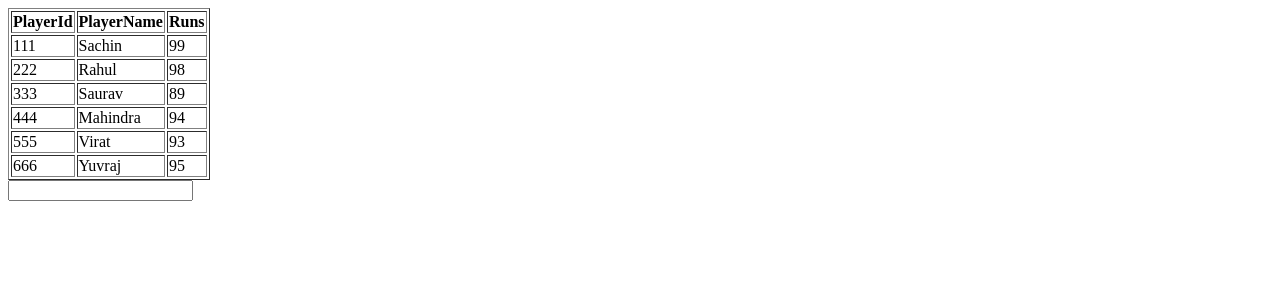
Repository: Gramastha/backup
Page: javascript/JavaScript-Assignment/Q9.html
These files come from the project's save history. The page is drawn as it stood at one moment and after the next save; the edit follows.
The browser window is 1280 px wide. The pictures show the whole page.

Above is the page before, as saved 2017-01-06 09:22:38.

After the next save:
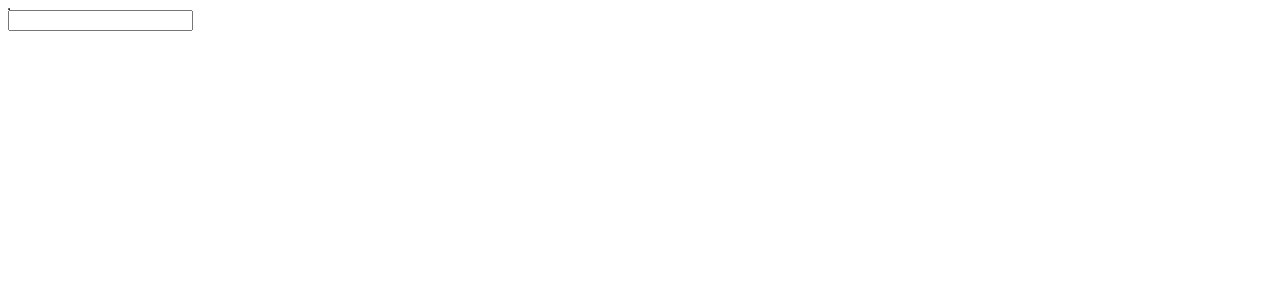
Console error: SyntaxError: Unexpected token '{'
Saved 27 s later.
--- a/javascript/JavaScript-Assignment/Q9.html
+++ b/javascript/JavaScript-Assignment/Q9.html
@@ -11,6 +11,24 @@
 		{		id: 555,		name: "Virat",		runs: 93		},
 		{		id: 666,		name: "Yuvraj",		runs: 95		}];
  // a.forEach(function(v,i,arr){ console.log("object-"+i) for(o in v){ console.log(o+" : "+v[o]) } });
+
+
+ fun(min){
+ 	var str= "";
+ 	a.forEach(function(v,i,arr){
+ 		str+= "<tr>";
+ 	if(v["runs"]>=min){
+ 	for(o in v){
+ 		str+="<td>"+v[o]+"</td>";
+ 	 	}
+ 	 	str+="</tr>"
+ 	 }
+ });
+ document.querySelector("#t1").innerHTML="<tr><th><b>PlayerId</b></th><th><b>PlayerName</b></th><th><b>Runs</b></th></tr>"
+ 											+str;
+ };
+
+
  window.onload= function(){
  	var str= "";
  	a.forEach(function(v,i,arr){

After the save that followed:
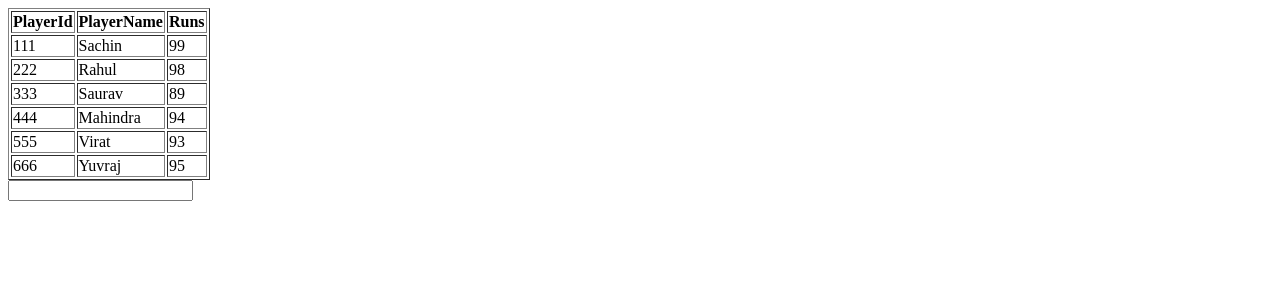
The error is gone.
Saved 37 s later.
--- a/javascript/JavaScript-Assignment/Q9.html
+++ b/javascript/JavaScript-Assignment/Q9.html
@@ -13,7 +13,7 @@
  // a.forEach(function(v,i,arr){ console.log("object-"+i) for(o in v){ console.log(o+" : "+v[o]) } });
 
 
- fun(min){
+ function fun(min){
  	var str= "";
  	a.forEach(function(v,i,arr){
  		str+= "<tr>";
